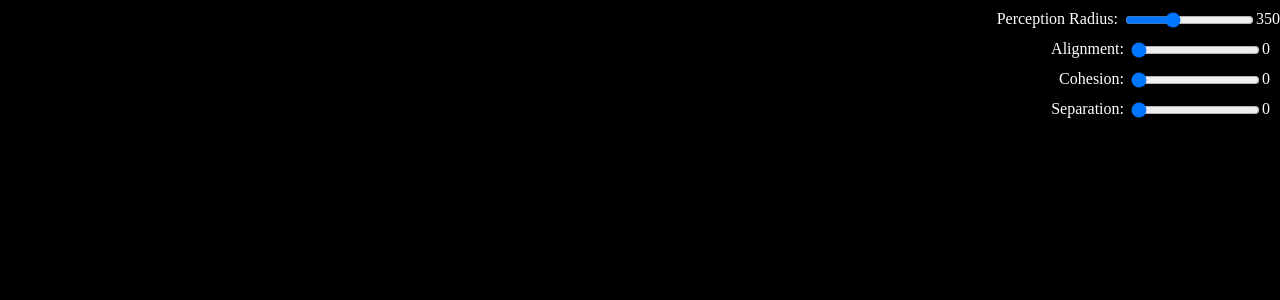
Repository: eltonsampaio12/boids
Page: index.html
These files come from the project's save history. The page is drawn as it stood at one moment and after the next save; the edit follows.
The browser window is 1280 px wide. The pictures show the whole page.

Above is the page before, as saved 2024-01-29 18:04:06.
Not found: main.ts

After the next save:
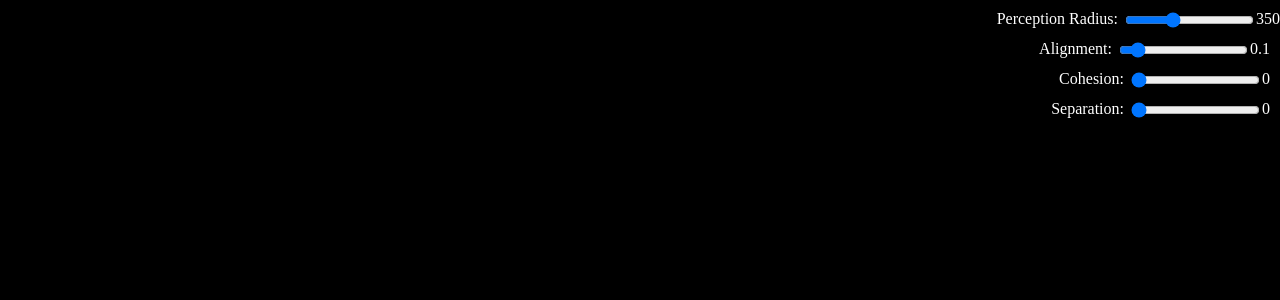
Saved 40 s later.
--- a/index.html
+++ b/index.html
@@ -58,10 +58,10 @@
         id="alignmentSlider"
         min="0"
         max="1"
-        value="0"
+        value="0.1"
         step="0.001"
       />
-      <span class="parameterValue" id="alignmentValue">0</span>
+      <span class="parameterValue" id="alignmentValue">0.1</span>
     </div>
 
     <div class="parameterParent">

After the save that followed:
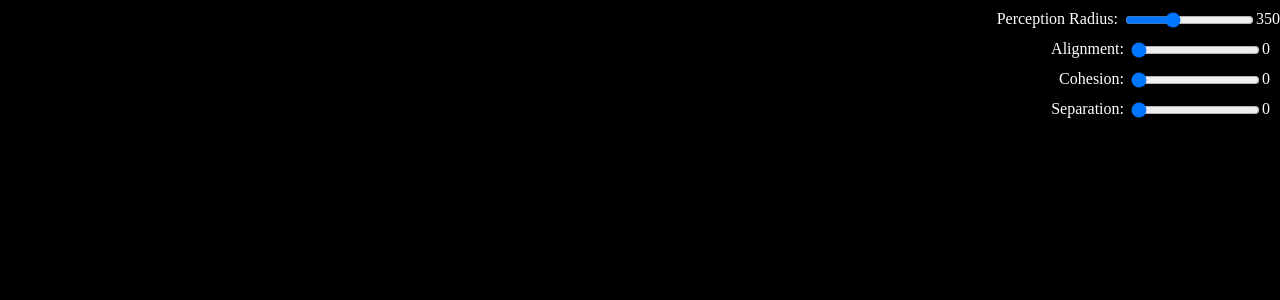
Saved 84 s later.
--- a/index.html
+++ b/index.html
@@ -58,10 +58,10 @@
         id="alignmentSlider"
         min="0"
         max="1"
-        value="0.1"
+        value="0"
         step="0.001"
       />
-      <span class="parameterValue" id="alignmentValue">0.1</span>
+      <span class="parameterValue" id="alignmentValue">0</span>
     </div>
 
     <div class="parameterParent">
